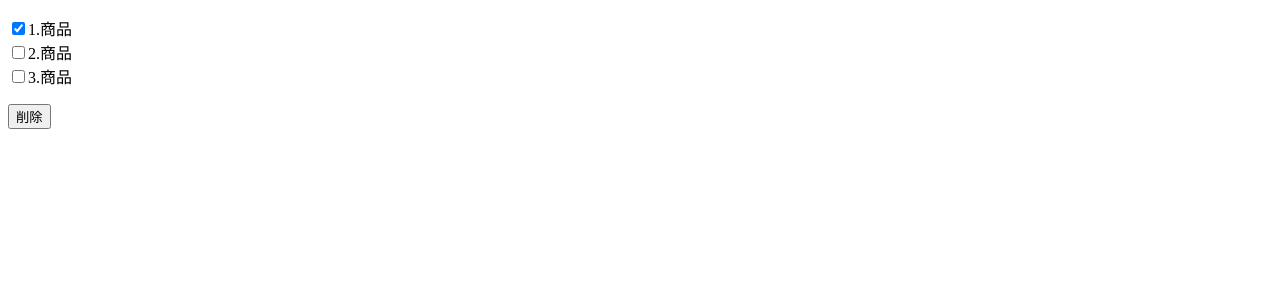
Repository: nathox/backup
Page: http://localhost/Aaaa/Index.jsp
These files come from the project's save history. The page is drawn as it stood at one moment and after the next save; the edit follows.
The browser window is 1280 px wide. The pictures show the whole page.
The page is served by Tomcat 9.

Above is the page before, as saved 2018-02-02 06:31:22.

After the next save:
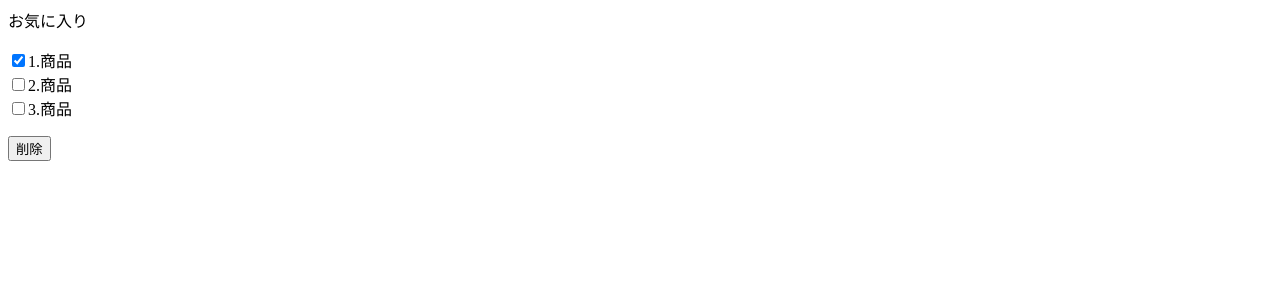
Saved 51 s later.
--- a/Aaaa/WebContent/Index.jsp
+++ b/Aaaa/WebContent/Index.jsp
@@ -9,6 +9,8 @@
 <body>
 
 
+お気に入り
+
 <form action="cgi-bin/abc.cgi" method="post">
 <p>
 <input type="checkbox" name="riyu" value="1" checked="checked">1.商品
@@ -16,6 +18,7 @@
 <input type="checkbox" name="riyu" value="2">2.商品
 <br>
 <input type="checkbox" name="riyu" value="3">3.商品
+<br>
 </p>
 <p>
 <input type="submit" value="削除">
